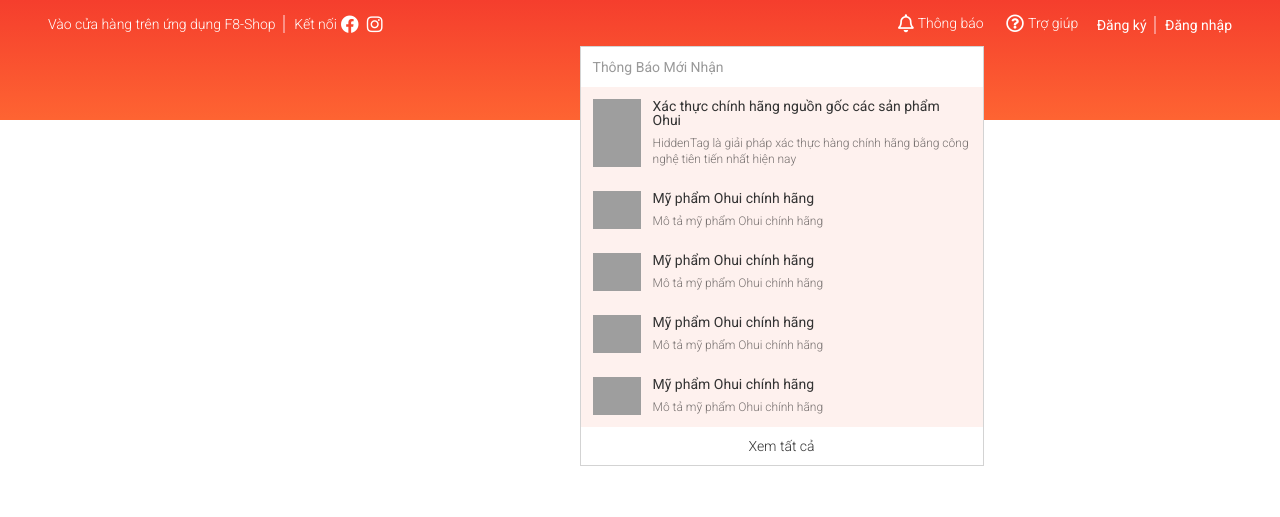
Repository: vanntrong/F8-Shop
Page: index.html
These files come from the project's save history. The page is drawn as it stood at one moment and after the next save; the edit follows.
The browser window is 1280 px wide. The pictures show the whole page.
Pictures or frames that could not be fetched are drawn as grey boxes.

Above is the page before, as saved 2021-09-01 18:39:31.

### index.html
<!DOCTYPE html>
<html lang="en">
  <head>
    <meta charset="UTF-8" />
    <meta http-equiv="X-UA-Compatible" content="IE=edge" />
    <meta name="viewport" content="width=device-width, initial-scale=1.0" />
    <title>Document</title>
    <link rel="stylesheet" href="./assets/css/reset.css" />
    <link rel="stylesheet" href="./assets/css/base.css" />
    <link rel="stylesheet" href="./assets/css/main.css" />
    <link href="https://fonts.googleapis.com/css2?family=Roboto:wght@300;400;500;700&display=swap" rel="stylesheet" />
    <link
      rel="stylesheet"
      href="./assets/fonts/fontawesome-free-5.15.4-web/fontawesome-free-5.15.4-web/css/all.min.css"
    />
  </head>
  <body>
    <div class="app">
      <header class="header">
        <div class="grid">
          <nav class="header__navbar">
            <ul class="header__navbar-list">
              <li class="header__navbar-item header__navbar-item--has-qr header__navbar-item--separate">
                Vào cửa hàng trên ứng dụng F8-Shop
                <div class="header__qr">
                  <img src="./assets/img/QR_code.png" alt="QR code" class="header__qr-img" />
                  <div class="header__qr-apps">
                    <a href="" class="header__qr-link">
                      <img src="./assets/img/google_play.png" alt="GooglePlay" class="header__qr-download-img" />
                    </a>
                    <a href="" class="header__qr-link">
                      <img src="./assets/img/app_store.png" alt="AppStore" class="header__qr-download-img" />
                    </a>
                  </div>
                </div>
              </li>
              <li class="header__navbar-item">
                <span class="header__navbar-item--no-pointer"> Kết nối </span>
                <a href="#" class="header__navbar-icon-link">
                  <i class="header__navbar-icon fab fa-facebook"></i>
                </a>
                <a href="#" class="header__navbar-icon-link">
                  <i class="header__navbar-icon fab fab fa-instagram"></i>
                </a>
              </li>
            </ul>

            <ul class="header__navbar-list">
              <li class="header__navbar-item">
                <a href="#" class="header__navbar-item-link">
                  <i class="header__navbar-icon far fa-bell"></i>
                  Thông báo
                </a>
                <div class="header__notify">
                  <header class="header__notify-header">
                    <h3>Thông Báo Mới Nhận</h3>
                  </header>
                  <ul class="header__notify-list">
                    <li class="header__notify-item header__notify-item--viewed">
                      <a href="#" class="header__notify-link">
                        <img
                          src="https://cf.shopee.vn/file/70488a103a5ecdbf5889822acd19ef14"
                          alt=""
                          class="header__notify-img"
                        />
                        <div class="header__notify-info">
                          <span class="header__notify-name"> Xác thực chính hãng nguồn gốc các sản phẩm Ohui </span>
                          <span class="header__notify-desc">
                            HiddenTag là giải pháp xác thực hàng chính hãng bằng công nghệ tiên tiến nhất hiện nay
                          </span>
                        </div>
                      </a>
                    </li>
                    <li class="header__notify-item header__notify-item--viewed">
                      <a href="#" class="header__notify-link">
                        <img
                          src="https://cf.shopee.vn/file/70488a103a5ecdbf5889822acd19ef14"
                          alt=""
                          class="header__notify-img"
                        />
                        <div class="header__notify-info">
                          <span class="header__notify-name"> Mỹ phẩm Ohui chính hãng </span>
                          <span class="header__notify-desc"> Mô tả mỹ phẩm Ohui chính hãng </span>
                        </div>
                      </a>
                    </li>
                    <li class="header__notify-item header__notify-item--viewed">
                      <a href="#" class="header__notify-link">
                        <img
                          src="https://cf.shopee.vn/file/70488a103a5ecdbf5889822acd19ef14"
                          alt=""
                          class="header__notify-img"
                        />
                        <div class="header__notify-info">
                          <span class="header__notify-name"> Mỹ phẩm Ohui chính hãng </span>
                          <span class="header__notify-desc"> Mô tả mỹ phẩm Ohui chính hãng </span>
                        </div>
                      </a>
                    </li>
                    <li class="header__notify-item header__notify-item--viewed">
                      <a href="#" class="header__notify-link">
                        <img
                          src="https://cf.shopee.vn/file/70488a103a5ecdbf5889822acd19ef14"
                          alt=""
                          class="header__notify-img"
                        />
                        <div class="header__notify-info">
                          <span class="header__notify-name"> Mỹ phẩm Ohui chính hãng </span>
                          <span class="header__notify-desc"> Mô tả mỹ phẩm Ohui chính hãng </span>
                        </div>
                      </a>
                    </li>
                    <li class="header__notify-item header__notify-item--viewed">
                      <a href="#" class="header__notify-link">
                        <img
                          src="https://cf.shopee.vn/file/70488a103a5ecdbf5889822acd19ef14"
                          alt=""
                          class="header__notify-img"
                        />
                        <div class="header__notify-info">
                          <span class="header__notify-name"> Mỹ phẩm Ohui chính hãng </span>
                          <span class="header__notify-desc"> Mô tả mỹ phẩm Ohui chính hãng </span>
                        </div>
                      </a>
                    </li>
                  </ul>
                  <footer class="header__notify-footer">
                    <a href="" class="header__notify-footer-btn">Xem tất cả</a>
                  </footer>
                </div>
              </li>
              <li class="header__navbar-item">
                <a href="#" class="header__navbar-item-link">
                  <i class="header__navbar-icon far fa-question-circle"></i>
                  Trợ giúp
                </a>
              </li>
              <li class="header__navbar-item header__navbar-item--strong header__navbar-item--separate">Đăng ký</li>
              <li class="header__navbar-item header__navbar-item--strong">Đăng nhập</li>
            </ul>
          </nav>
        </div>
      </header>

      <div class="container"></div>

      <footer class="footer"></footer>
    </div>
  </body>
</html>

### assets/css/base.css
:root {
  --white-color: #fff;
  --black-color: #000;
  --text-color: #333;
  --primary-color: #ee4d2d;
}

* {
  box-sizing: inherit;
}

html {
  font-size: 62.5%;
  line-height: 1.6rem;
  font-family: "Roboto", sans-serif;
  box-sizing: border-box;
}

.grid {
  width: 1200px;
  max-width: 100%;
  margin: 0 auto;
}

.grid__full-width {
  width: 100%;
}

.grid__row {
  display: flex;
  flex-wrap: wrap;
}

/* animation */
@keyframes faceIn {
  from {
    opacity: 0;
  }
  to {
    opacity: 1;
  }
}

### assets/css/main.css
.header {
  height: 12rem;
  background-image: linear-gradient(0, #fe6432, #f53e2d);
}

.header__navbar {
  display: flex;
  align-items: center;
  justify-content: space-between;
}

.header__navbar-list {
  list-style: none;
}

.header__navbar-item {
  min-height: 2.6rem;
  margin: 1rem 0.8rem 0;
  position: relative;
}

.header__navbar-item,
.header__navbar-item-link {
  display: inline-block;
  font-size: 1.4rem;
  color: var(--white-color);
  text-decoration: none;
  font-weight: 300;
}

.header__navbar-item,
.header__navbar-item-link,
.header__navbar-icon-link {
  display: inline-flex;
  align-items: center;
}

.header__navbar-item:hover,
.header__navbar-icon-link:hover,
.header__navbar-item-link:hover {
  cursor: pointer;
  color: rgba(255, 255, 255, 0.7);
}

.header__navbar-item--strong {
  font-weight: 400;
}

.header__navbar-item--separate::after {
  content: "";
  display: block;
  position: absolute;
  border: 1px solid #fb9086;
  height: 1.6rem;
  right: -0.9rem;
  top: 50%;
  transform: translateY(-50%);
}

.header__navbar-icon-link {
  color: var(--white-color);
  text-decoration: none;
}

.header__navbar-icon {
  font-size: 1.8rem;
  margin: 0 0.4rem;
}

.header__navbar-item--no-pointer {
  cursor: text;
  color: var(--white-color);
}

/* header QR code */
.header__qr {
  width: 18.6rem;
  background-color: var(--white-color);
  position: absolute;
  left: 0;
  top: 140%;
  border-radius: 2px;
  display: none;
  animation: faceIn ease-in 0.25s;
}

.header__qr::before {
  position: absolute;
  left: 0;
  top: -1.6rem;
  width: 100%;
  height: 2rem;
  content: "";
  display: block;
}

.header__navbar-item--has-qr:hover .header__qr {
  display: block;
}
.header__qr-img {
  width: 100%;
}
.header__qr-apps {
  display: flex;
  justify-content: space-between;
  flex-wrap: wrap;
  margin: 0 1rem;
}
.header__qr-download-img {
  height: 1.6rem;
}

/* header notification */
.header__notify {
  position: absolute;
  top: 140%;
  right: 0;
  width: 40.4rem;
  border: 1px solid #d3d3d3;
  background-color: var(--white-color);
}
.header__notify-header {
  height: 4rem;
  background-color: var(--white-color);
}
.header__notify-header h3 {
  color: #999;
  margin: 0 0 0 12px;
  font-weight: 400;
  font-size: 1.4rem;
  line-height: 40px;
}
.header__notify-list {
  padding-left: 0;
}
.header__notify-item {
}

.header__notify-item--viewed {
  background-color: rgba(238, 77, 45, 0.08);
}
.header__notify-item:hover {
  background-color: #f7f7f7;
}
.header__notify-link {
  width: 100%;
  display: flex;
  padding: 12px;
  text-decoration: none;
}
.header__notify-img {
  width: 48px;
}
.header__notify-info {
  margin-left: 12px;
}
.header__notify-name {
  display: block;
  font-size: 1.4rem;
  color: var(--text-color);
  font-weight: 400;
}
.header__notify-desc {
  margin-top: 8px;
  display: block;
  font-size: 1.2rem;
  line-height: 1.6rem;
  color: #756f6e;
}

.header__notify-footer {
  text-align: center;
  padding: 12px 12px;
}

.header__notify-footer-btn {
  text-decoration: none;
  color: var(--text-color);
}

Loaded but not shown: assets/css/reset.css (common file); assets/fonts/fontawesome-free-5.15.4-web/fontawesome-free-5.15.4-web/css/all.min.css (library)

After the next save:
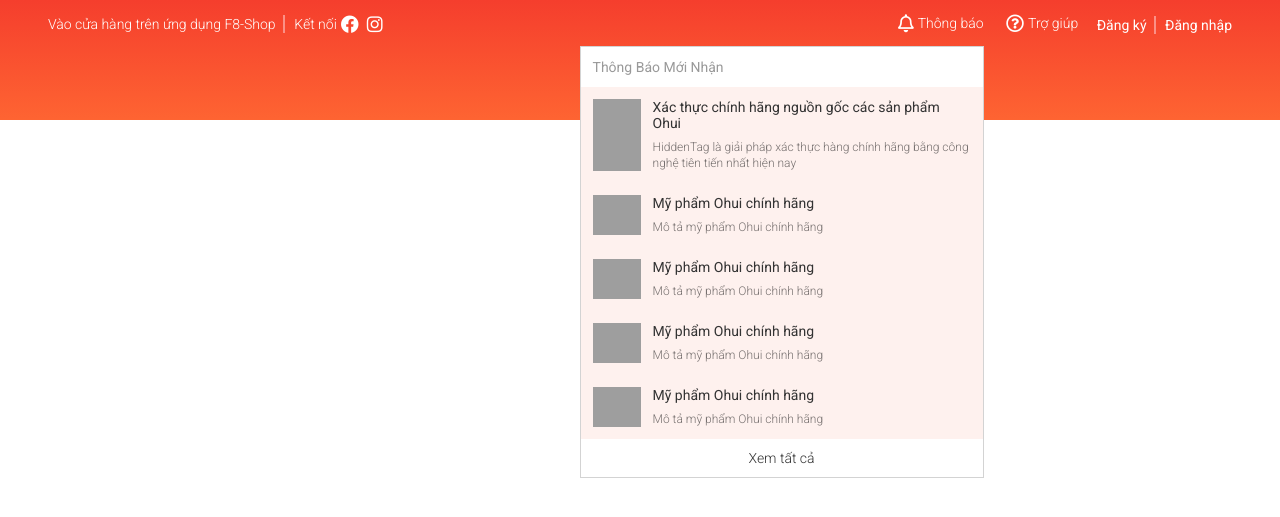
Saved 12 s later.
--- a/assets/css/main.css
+++ b/assets/css/main.css
@@ -159,6 +159,7 @@
   font-size: 1.4rem;
   color: var(--text-color);
   font-weight: 400;
+  line-height: 1.6rem;
 }
 .header__notify-desc {
   margin-top: 8px;
